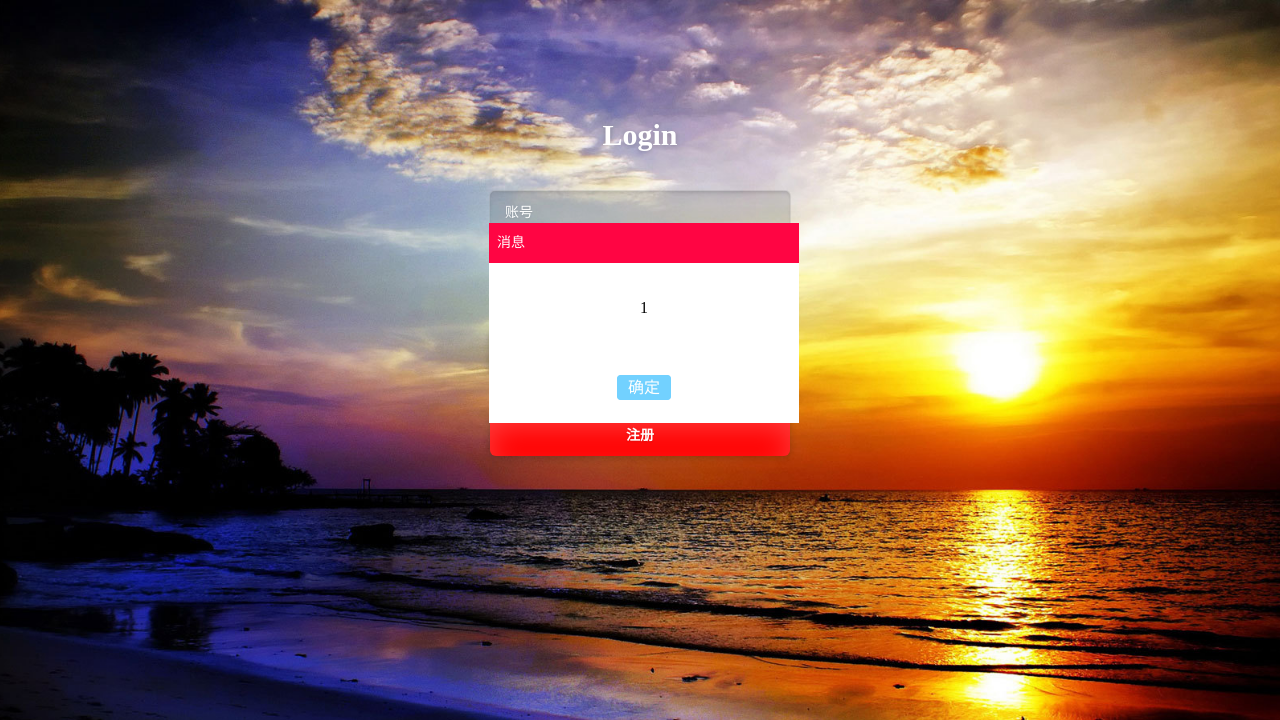
Repository: SUT-GC/myblog
Page: http://localhost/myblog/jsp/login/login.jsp
An editor plug-in stored every save of this project. The page is shown before and after the next save, followed by the edit.
The browser window is 1280 px wide. The pictures show the whole page.
Some web libraries are served in a nearby version. The page is served by Tomcat 9. Other server files are loaded and not shown.

Above is the page before, as saved 2015-10-02 02:40:40.
Console error: TypeError: $(...).live is not a function

### javaee_workspace/myblog/WebContent/jsp/login/login.jsp
<%@ page language="java" contentType="text/html; charset=utf-8"
    pageEncoding="utf-8"  errorPage="../error.jsp"%>
<!DOCTYPE html PUBLIC "-//W3C//DTD HTML 4.01 Transitional//EN" "http://www.w3.org/TR/html4/loose.dtd">
<html>

    <head>

        <meta charset="utf-8">
        <title>用户登陆</title>
        <meta name="viewport" content="width=device-width, initial-scale=1.0">
        <meta name="description" content="">
        <meta name="author" content="">

        <!-- CSS -->
        <link rel="stylesheet" href="css/reset.css">
        <link rel="stylesheet" href="css/supersized.css">
        <link rel="stylesheet" href="css/style.css">

        <!-- HTML5 shim, for IE6-8 support of HTML5 elements -->
        <!--[if lt IE 9]>
            <script src="http://html5shim.googlecode.com/svn/trunk/html5.js"></script>
        <![endif]-->

    </head>

    <body oncontextmenu="return false">
		<!-- java start -->
		<%
			String rs = "";
			if(request.getParameter("Rm")!=null){
				rs = request.getParameter("Rm");
			}
			String ls = "";
			if(request.getParameter("Lm")!=null){
				ls = request.getParameter("Lm");
			}
			System.out.println("rs = "+rs+"/ls = "+ls);
		%>
		<!-- java end -->
        	<div class="page-container">
            <h1>Login</h1>
            <form action="/myblog/LoginDo" method="post">
				<div>
					<input type="text" name="username" class="username" placeholder="账号" autocomplete="off"/>
				</div>
                <div>
					<input type="password" name="password" class="password" placeholder="密码" oncontextmenu="return false" onpaste="return false" />
                </div>
                <!--
                <button id="submit" type="button">登陆</button>
                -->
                <input type = "submit" id="submit" type="button" value="登陆" />
           	</form>
	        <form >
	          	<button id="register" type="button" onclick="toRegister()">注册</button>
	        </form>
            <div class="connect">
                <p>You cannot improve your past, but you can improve your future. </p>
				<p style="margin-top:20px;">你不能改变你的过去，但你可以让你的未来变得更美好。</p>
            </div>
        </div>
		<div class="alert" style="display:none">
			<h2>消息</h2>
			<div class="alert_con">
				<p id="ts"></p>
				<p style="line-height:70px"><a class="btn">确定</a></p>
			</div>
		</div>

        <!-- Javascript -->
		<script src="http://apps.bdimg.com/libs/jquery/1.6.4/jquery.min.js" type="text/javascript"></script>
        <script src="js/supersized.3.2.7.min.js"></script>
        <script src="js/supersized-init.js"></script>
		<script>
		$(document).ready(function(){
			var rs = '<%=rs%>';
			var ls = "1";
			/*if(rs != "" && rs == '1'){
				$("#ts").html('恭喜您，注册成功，请登录 ! ');
				is_show();
			}
			*/
			$("#ts").html(ls +rs);
			is_show();
			/*var lmsg = "";
			if(ls != ""){
				if(ls == 0){
					lmsg += "对不起, 账号或密码不能为空 ! ";
				}
				if(ls == 1){
					lmsg += "恭喜您，登陆成功 ! ";
				}
				if(ls == 2){
					lmsg += "对不起, 账号不存在 ! ";
				}
				if(ls == 3){
					lmsg += "对不起, 密码错误 ! ";
				}
				if(lmsg != ""){
					$("#ts").html(lmsg);
					is_show();
				}*/
			//}
		});

		$(".btn").click(function(){
			is_hide();
		})
		var u = $("input[name=username]");
		var p = $("input[name=password]");
		$("#submit").live('click',function(){
			if(u.val() == '' || p.val() =='')
			{
				$("#ts").html("用户名或密码不能为空~");
				is_show();
				return false;
			}
			else{
				var reg = /^[0-9A-Za-z]+$/;
				if(!reg.exec(u.val()))
				{
					$("#ts").html("用户名错误");
					is_show();
					return false;
				}
			}
		});
		function toRegister(){
			 window.location.href='../registered/registered.jsp';
		}
		window.onload = function()
		{
			$(".connect p").eq(0).animate({"left":"0%"}, 600);
			$(".connect p").eq(1).animate({"left":"0%"}, 400);
		}
		function is_hide(){ $(".alert").animate({"top":"-40%"}, 300) }
		function is_show(){ $(".alert").show().animate({"top":"45%"}, 300) }
		</script>
    </body>

</html>

### javaee_workspace/myblog/WebContent/jsp/login/css/supersized.css
/*

	Supersized - Fullscreen Slideshow jQuery Plugin
	Version : 3.2.7
	Site	: www.buildinternet.com/project/supersized

	Author	: Sam Dunn
	Company : One Mighty Roar (www.onemightyroar.com)
	License : MIT License / GPL License

*/

* { margin:0; padding:0; }
body { background:#111; height:100%; }
	img { border:none; }

	#supersized-loader { position:absolute; top:50%; left:50%; z-index:0; width:60px; height:60px; margin:-30px 0 0 -30px; text-indent:-999em; background:url(../img/progress.gif) no-repeat center center;}

	#supersized {  display:block; position:fixed; left:0; top:0; overflow:hidden; z-index:-999; height:100%; width:100%; }
		#supersized img { width:auto; height:auto; position:relative; display:none; outline:none; border:none; }
			#supersized.speed img { -ms-interpolation-mode:nearest-neighbor; image-rendering: -moz-crisp-edges; }	/*Speed*/
			#supersized.quality img { -ms-interpolation-mode:bicubic; image-rendering: optimizeQuality; }			/*Quality*/

		#supersized li { display:block; list-style:none; z-index:-30; position:fixed; overflow:hidden; top:0; left:0; width:100%; height:100%; background:#111; }
		#supersized a { width:100%; height:100%; display:block; }
			#supersized li.prevslide { z-index:-20; }
			#supersized li.activeslide { z-index:-10; }
			#supersized li.image-loading { background:#111 url(../img/progress.gif) no-repeat center center; width:100%; height:100%; }
				#supersized li.image-loading img{ visibility:hidden; }
			#supersized li.prevslide img, #supersized li.activeslide img{ display:inline; }


#supersized img { max-width: none !important }

### javaee_workspace/myblog/WebContent/jsp/login/css/style.css
/*
 *
 * Template Name: Fullscreen Login
 * Description: Login Template with Fullscreen Background Slideshow
 * Author: Anli Zaimi
 * Author URI: http://azmind.com
 *
 */


body {
    background: #f8f8f8;
    /*font-family: 'PT Sans', Helvetica, Arial, sans-serif;*/
	font-family:"Microsoft YaHei",微软雅黑,"Microsoft JhengHei",华文细黑,STHeiti,MingLiu;
    text-align: center;
    color: #fff;
}

.page-container {
    margin: 120px auto 0 auto;
}

h1 {
    font-size: 30px;
    font-weight: 700;
    text-shadow: 0 1px 4px rgba(0,0,0,.2);
}

form {
    position: relative;
    width: 305px;
    margin: 15px auto 0 auto;
    text-align: center;
}

input {
    width: 270px;
    height: 42px;
	line-height:42px;
    margin-top: 25px;
    padding: 0 15px;
    background: #2d2d2d; /* browsers that don't support rgba */
    *background-color:transparent;
    background: rgba(45,45,45,.15);
    -moz-border-radius: 6px;
    -webkit-border-radius: 6px;
    border-radius: 6px;
    border: 1px solid #3d3d3d; /* browsers that don't support rgba */
    border: 1px solid rgba(255,255,255,.15);
    -moz-box-shadow: 0 2px 3px 0 rgba(0,0,0,.1) inset;
    -webkit-box-shadow: 0 2px 3px 0 rgba(0,0,0,.1) inset;
    box-shadow: 0 2px 3px 0 rgba(0,0,0,.1) inset;
    font-family: 'PT Sans', Helvetica, Arial, sans-serif;
    font-size: 14px;
    color: #fff;
    text-shadow: 0 1px 2px rgba(0,0,0,.1);
    -o-transition: all .2s;
    -moz-transition: all .2s;
    -webkit-transition: all .2s;
    -ms-transition: all .2s;
}

input:-moz-placeholder { color: #fff; }
input:-ms-input-placeholder { color: #fff; }
input::-webkit-input-placeholder { color: #fff; }

input:focus {
    outline: none;
    -moz-box-shadow:
        0 2px 3px 0 rgba(0,0,0,.1) inset,
        0 2px 7px 0 rgba(0,0,0,.2);
    -webkit-box-shadow:
        0 2px 3px 0 rgba(0,0,0,.1) inset,
        0 2px 7px 0 rgba(0,0,0,.2);
    box-shadow:
        0 2px 3px 0 rgba(0,0,0,.1) inset,
        0 2px 7px 0 rgba(0,0,0,.2);
}

#submit {
    cursor: pointer;
    width: 300px;
    height: 44px;
    margin-top: 25px;
    padding: 0;
    background: green;
    -moz-border-radius: 6px;
    -webkit-border-radius: 6px;
    border-radius: 6px;
    border: 0px;
    -moz-box-shadow:
        0 15px 30px 0 rgba(255,255,255,.25) inset,
        0 2px 7px 0 rgba(0,0,0,.2);
    -webkit-box-shadow:
        0 15px 30px 0 rgba(255,255,255,.25) inset,
        0 2px 7px 0 rgba(0,0,0,.2);
    box-shadow:
        0 15px 30px 0 rgba(255,255,255,.25) inset,
        0 2px 7px 0 rgba(0,0,0,.2);
    font-family: 'PT Sans', Helvetica, Arial, sans-serif;
    font-size: 14px;
    font-weight: 700;
    color: #fff;
    text-shadow: 0 1px 2px rgba(0,0,0,.1);
    -o-transition: all .2s;
    -moz-transition: all .2s;
    -webkit-transition: all .2s;
    -ms-transition: all .2s;
}
#register {
    cursor: pointer;
    width: 300px;
    height: 44px;
    margin-top: 25px;
    padding: 0;
    background: red;
    -moz-border-radius: 6px;
    -webkit-border-radius: 6px;
    border-radius: 6px;
    border: 0px;
    -moz-box-shadow:
        0 15px 30px 0 rgba(255,255,255,.25) inset,
        0 2px 7px 0 rgba(0,0,0,.2);
    -webkit-box-shadow:
        0 15px 30px 0 rgba(255,255,255,.25) inset,
        0 2px 7px 0 rgba(0,0,0,.2);
    box-shadow:
        0 15px 30px 0 rgba(255,255,255,.25) inset,
        0 2px 7px 0 rgba(0,0,0,.2);
    font-family: 'PT Sans', Helvetica, Arial, sans-serif;
    font-size: 14px;
    font-weight: 700;
    color: #fff;
    text-shadow: 0 1px 2px rgba(0,0,0,.1);
    -o-transition: all .2s;
    -moz-transition: all .2s;
    -webkit-transition: all .2s;
    -ms-transition: all .2s;
}

button:hover {
    -moz-box-shadow:
        0 15px 30px 0 rgba(255,255,255,.15) inset,
        0 2px 7px 0 rgba(0,0,0,.2);
    -webkit-box-shadow:
        0 15px 30px 0 rgba(255,255,255,.15) inset,
        0 2px 7px 0 rgba(0,0,0,.2);
    box-shadow:
        0 15px 30px 0 rgba(255,255,255,.15) inset,
        0 2px 7px 0 rgba(0,0,0,.2);
}

button:active {
    -moz-box-shadow:
        0 15px 30px 0 rgba(255,255,255,.15) inset,
        0 2px 7px 0 rgba(0,0,0,.2);
    -webkit-box-shadow:
        0 15px 30px 0 rgba(255,255,255,.15) inset,
        0 2px 7px 0 rgba(0,0,0,.2);
    box-shadow:
        0 5px 8px 0 rgba(0,0,0,.1) inset,
        0 1px 4px 0 rgba(0,0,0,.1);

    border: 0px solid #ef4300;
}

.connect {
    width: 800px;
    margin: 50px auto 0 auto;
    font-size: 14px;

    text-shadow: 0 1px 3px rgba(0,0,0,.2);
}
.connect p{
    position:relative;
	left:-140%;
	top:0
}
.connect a {
    display: inline-block;
    width: 32px;
    height: 35px;
    margin-top: 15px;
    -o-transition: all .2s;
    -moz-transition: all .2s;
    -webkit-transition: all .2s;
    -ms-transition: all .2s;
}
.alert{
	width:310px;
	height:200px;
	background:#000;
	position:absolute;
	top:-40%;
	left:50%;
	margin: -101px 0 0 -151px;
}
.alert h2{
	height:40px;
	padding-left:8px;
	font-size:14px;
	background:#FF0543;
	text-align:left;
	line-height:40px;
}
.alert .alert_con{
	background:#fff;
	height:160px;
}
.alert .alert_con p{
	color:#000;
	line-height:90px;
}
.alert .alert_con .btn{
	padding:3px 10px;
	color:#fff;
	cursor:pointer;
	background:#72D1FF;
	border:1px solid #72D1FF;
	border-radius:4px;
}
.alert .alert_con .btn:hover{
	background:#4FB2EF;
	border:1px solid #4FB2EF;
	border-radius:4px;
}
/*
.connect a.facebook { background: url(../img/facebook.png) center center no-repeat; }
.connect a.twitter { background: url(../img/twitter.png) center center no-repeat; }

.connect a:hover { background-position: center bottom; }
*/

### javaee_workspace/myblog/WebContent/jsp/login/js/supersized-init.js
jQuery(function($){

    $.supersized({

        // Functionality
        slide_interval     : 6000,    // Length between transitions
        transition         : 1,    // 0-None, 1-Fade, 2-Slide Top, 3-Slide Right, 4-Slide Bottom, 5-Slide Left, 6-Carousel Right, 7-Carousel Left
        transition_speed   : 3000,    // Speed of transition
        performance        : 1,    // 0-Normal, 1-Hybrid speed/quality, 2-Optimizes image quality, 3-Optimizes transition speed // (Only works for Firefox/IE, not Webkit)

        // Size & Position
        min_width          : 0,    // Min width allowed (in pixels)
        min_height         : 0,    // Min height allowed (in pixels)
        vertical_center    : 1,    // Vertically center background
        horizontal_center  : 1,    // Horizontally center background
        fit_always         : 0,    // Image will never exceed browser width or height (Ignores min. dimensions)
        fit_portrait       : 1,    // Portrait images will not exceed browser height
        fit_landscape      : 0,    // Landscape images will not exceed browser width

        // Components
        slide_links        : 'blank',    // Individual links for each slide (Options: false, 'num', 'name', 'blank')
        slides             : [    // Slideshow Images
                                 {image : './img/1.jpg'},
                                 {image : './img/2.jpg'},
                                 {image : './img/3.jpg'}
                             ]

    });

});

Loaded but not shown: javaee_workspace/myblog/WebContent/jsp/login/css/reset.css (common file); javaee_workspace/myblog/WebContent/jsp/login/js/supersized.3.2.7.min.js (library)

After the next save:
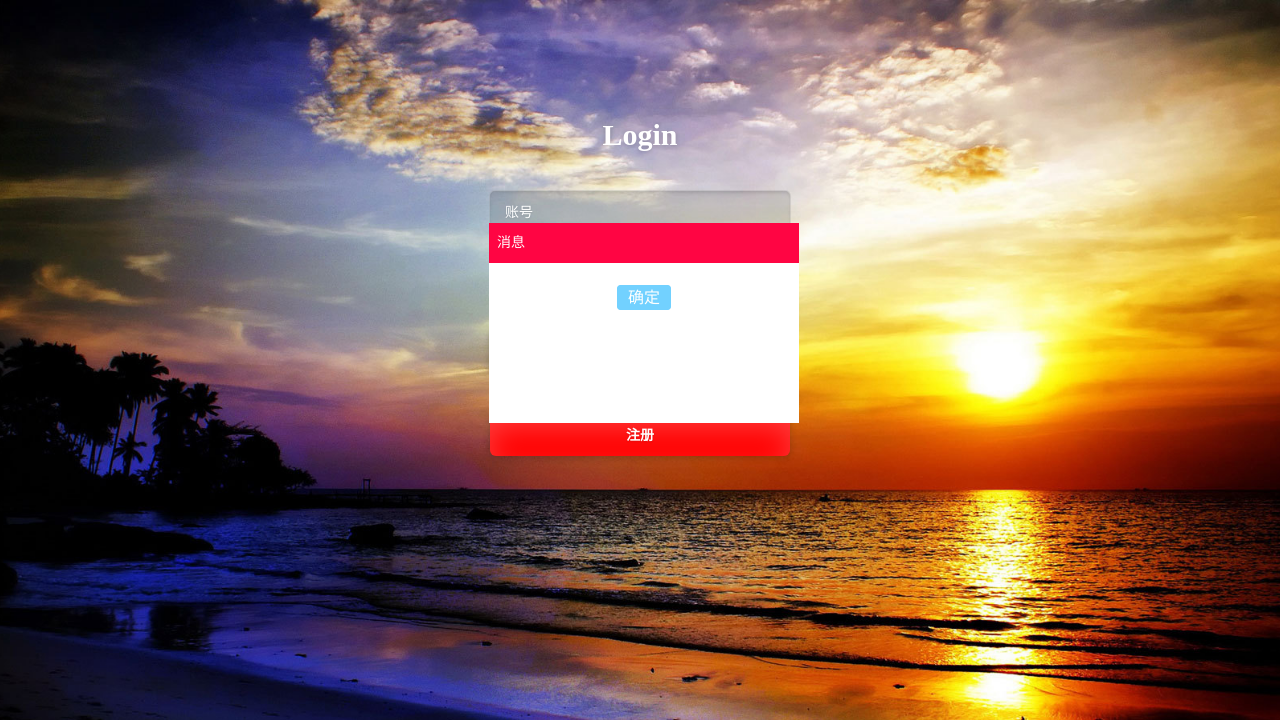
Saved 15 s later.
--- a/javaee_workspace/myblog/WebContent/jsp/login/login.jsp
+++ b/javaee_workspace/myblog/WebContent/jsp/login/login.jsp
@@ -74,7 +74,7 @@
 		<script>
 		$(document).ready(function(){
 			var rs = '<%=rs%>';
-			var ls = "1";
+			var ls = '<%=ls%>';
 			/*if(rs != "" && rs == '1'){
 				$("#ts").html('恭喜您，注册成功，请登录 ! ');
 				is_show();
